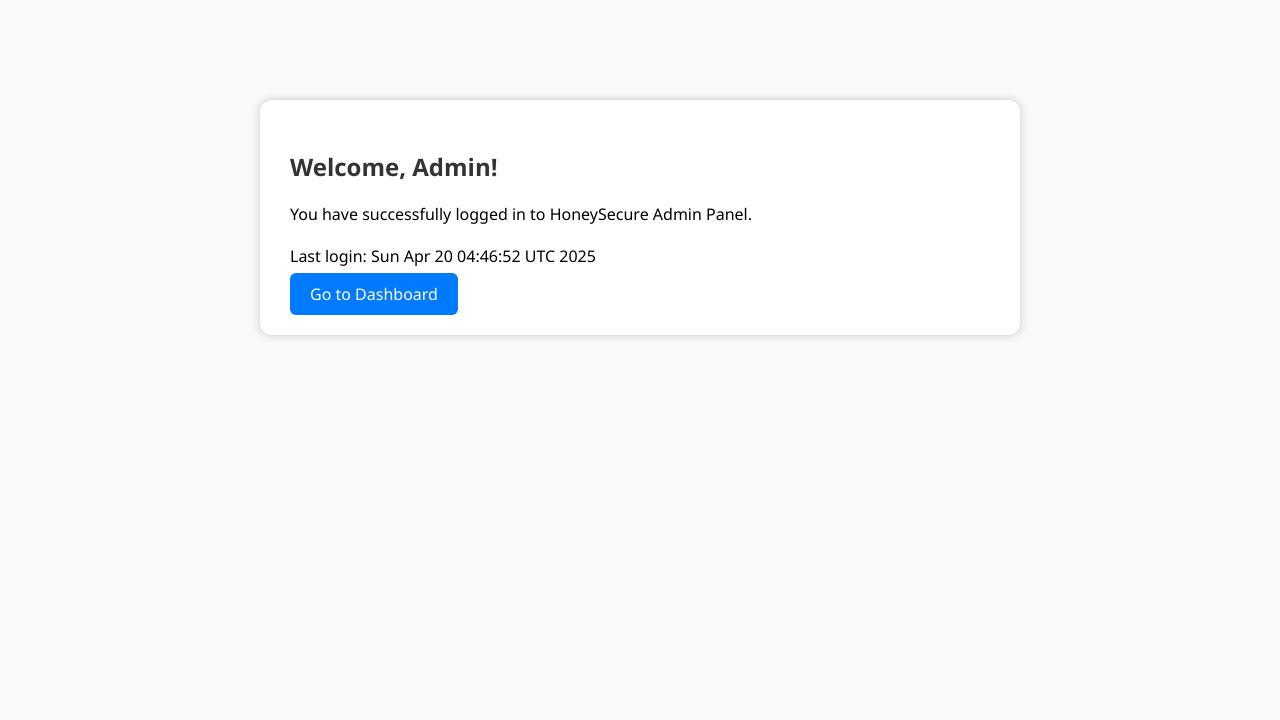
Repository: aakanksha4a/HoneySecure
Page: http://localhost/HoneySecure/fake.jsp
An editor plug-in stored every save of this project. The page is shown before and after the next save, followed by the edit.
The browser window is 1280 px wide. The pictures show the whole page.
The page is served by Tomcat 10. Other server files are loaded and not shown.

Above is the page before, as saved 2025-04-21 16:34:49.

### HoneySecure/src/main/webapp/fake.jsp
<%@ page contentType="text/html;charset=UTF-8" %>
<%@ page import="java.util.Date" %>
<!DOCTYPE html>
<html>
<head>
    <title>Welcome | HoneySecure Dashboard</title>
    <style>
        body {
            font-family: 'Segoe UI', Tahoma, Geneva, Verdana, sans-serif;
            background-color: #f8f9fa;
        }
        .container {
            max-width: 700px;
            margin: 100px auto;
            padding: 30px;
            background: #fff;
            border-radius: 12px;
            box-shadow: 0 0 10px rgba(0,0,0,0.2);
        }
        h2 {
            color: #333;
        }
        .info {
            margin-top: 20px;
        }
        .button {
            background-color: #007bff;
            color: white;
            padding: 10px 20px;
            text-decoration: none;
            border-radius: 6px;
        }
    </style>
</head>
<body>
    <div class="container">
        <h2>Welcome, Admin!</h2>
        <p class="info">You have successfully logged in to HoneySecure Admin Panel.</p>
        <p class="info">Last login: <%= new Date() %></p>

        <a class="button" href="#">Go to Dashboard</a>
    </div>

    <%-- Log attacker info --%>
    <%
        String ip = request.getRemoteAddr();
        String agent = request.getHeader("User-Agent");
        System.out.println("⚠️  HONEYPOT TRIGGERED:");
        System.out.println("IP: " + ip);
        System.out.println("User-Agent: " + agent);
    %>
</body>
</html>

After the next save:
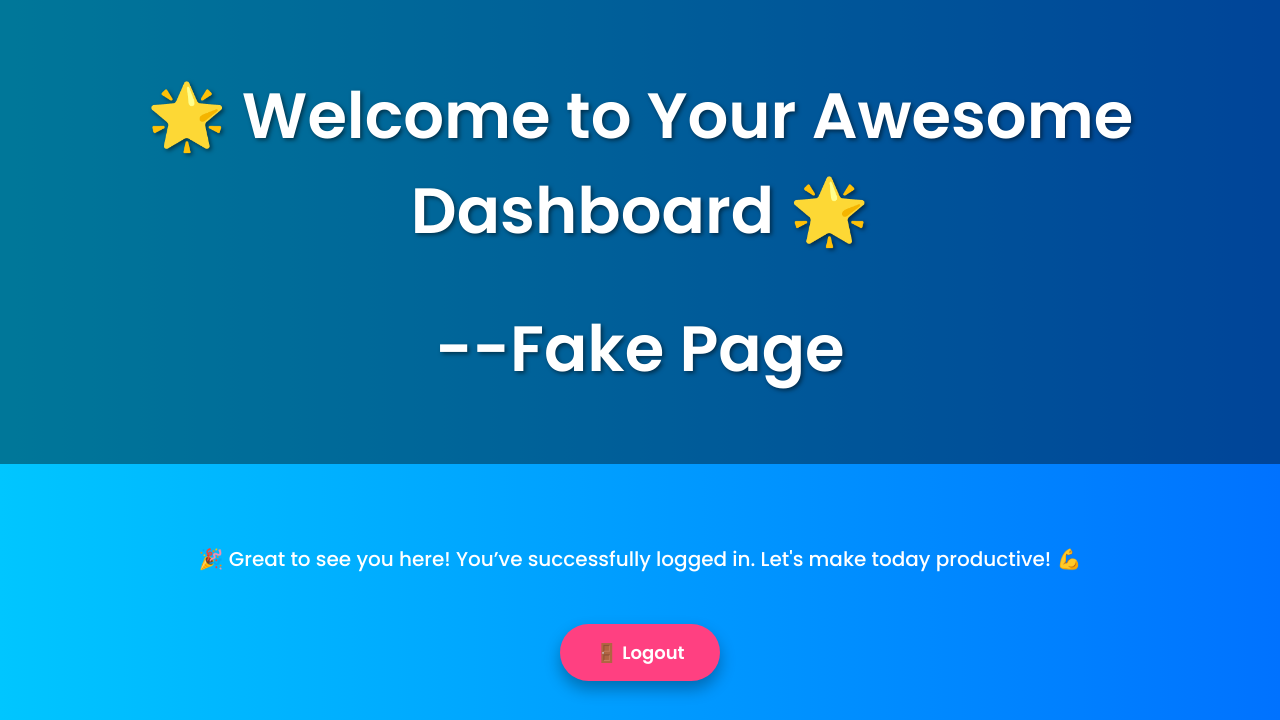
Saved 3 s later.
--- a/HoneySecure/src/main/webapp/fake.jsp
+++ b/HoneySecure/src/main/webapp/fake.jsp
@@ -1,53 +1,75 @@
-<%@ page contentType="text/html;charset=UTF-8" %>
-<%@ page import="java.util.Date" %>
-<!DOCTYPE html>
-<html>
+<%@ page contentType="text/html; charset=UTF-8" language="java" %>
+<html lang="en">
 <head>
-    <title>Welcome | HoneySecure Dashboard</title>
+    <meta charset="UTF-8">
+    <meta name="viewport" content="width=device-width, initial-scale=1.0">
+    <title>Welcome</title>
     <style>
+        @import url('https://fonts.googleapis.com/css2?family=Poppins:wght@500;600&display=swap');
+
         body {
-            font-family: 'Segoe UI', Tahoma, Geneva, Verdana, sans-serif;
-            background-color: #f8f9fa;
+            font-family: 'Poppins', sans-serif;
+            background: linear-gradient(to right, #00c6ff, #0072ff);
+            margin: 0;
+            padding: 0;
+            color: white;
+            animation: fadeIn 1.2s ease-in;
         }
-        .container {
-            max-width: 700px;
-            margin: 100px auto;
-            padding: 30px;
-            background: #fff;
-            border-radius: 12px;
-            box-shadow: 0 0 10px rgba(0,0,0,0.2);
+
+        .header {
+            background: rgba(0, 0, 0, 0.4);
+            padding: 25px;
+            text-align: center;
+            font-size: 32px;
+            font-weight: 600;
+            text-shadow: 2px 2px 4px rgba(0, 0, 0, 0.5);
         }
-        h2 {
-            color: #333;
+
+        .content {
+            text-align: center;
+            margin-top: 80px;
+            font-size: 20px;
+            animation: slideUp 1s ease-out;
         }
-        .info {
-            margin-top: 20px;
+
+        .btn {
+            display: inline-block;
+            margin-top: 30px;
+            padding: 15px 35px;
+            background-color: #ff4081;
+            color: white;
+            text-decoration: none;
+            border-radius: 30px;
+            font-size: 18px;
+            font-weight: bold;
+            box-shadow: 0 8px 16px rgba(0,0,0,0.3);
+            transition: all 0.3s ease;
         }
-        .button {
-            background-color: #007bff;
-            color: white;
-            padding: 10px 20px;
-            text-decoration: none;
-            border-radius: 6px;
+
+        .btn:hover {
+            background-color: #f50057;
+            transform: scale(1.05);
+        }
+
+        @keyframes fadeIn {
+            from { opacity: 0; }
+            to { opacity: 1; }
+        }
+
+        @keyframes slideUp {
+            from { transform: translateY(50px); opacity: 0; }
+            to { transform: translateY(0); opacity: 1; }
         }
     </style>
 </head>
 <body>
-    <div class="container">
-        <h2>Welcome, Admin!</h2>
-        <p class="info">You have successfully logged in to HoneySecure Admin Panel.</p>
-        <p class="info">Last login: <%= new Date() %></p>
-
-        <a class="button" href="#">Go to Dashboard</a>
+    <div class="header">
+        <h1>🌟 Welcome to Your Awesome Dashboard 🌟</h1>
+         <h1> --Fake Page </h1>
     </div>
-
-    <%-- Log attacker info --%>
-    <%
-        String ip = request.getRemoteAddr();
-        String agent = request.getHeader("User-Agent");
-        System.out.println("⚠️  HONEYPOT TRIGGERED:");
-        System.out.println("IP: " + ip);
-        System.out.println("User-Agent: " + agent);
-    %>
+    <div class="content">
+        <p>🎉 Great to see you here! You’ve successfully logged in. Let's make today productive! 💪</p>
+        <a href="logout.jsp" class="btn">🚪 Logout</a>
+    </div>
 </body>
 </html>
